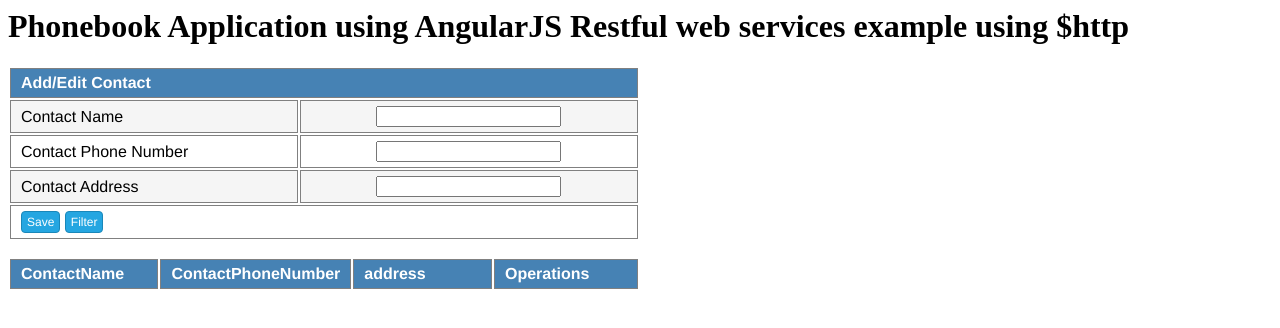
Repository: nagayyaguddadmath/JavaSimpleProjects
Page: simplephonebook/src/main/webapp/CRUDContacts.html
The author's editor kept a copy of each file at every save. The page is drawn from the files as they stood at one save, then again after the next save.
The browser window is 1280 px wide. The pictures show the whole page.
The page's requests for data from a server got no answer.

Above is the page before, as saved 2017-10-22 11:47:48.

### simplephonebook/src/main/webapp/CRUDContacts.html

<html ng-app="manage">
<head>


<title>Nagayya's PhoneBook Application</title>

<script src="angular.min.js"></script>
<script src="contact.js"></script>


<style>
.blue-button {
	background: #25A6E1;
	filter: progid: DXImageTransform.Microsoft.gradient( startColorstr='#25A6E1',
		endColorstr='#188BC0', GradientType=0);
	padding: 3px 5px;
	color: #fff;
	font-family: 'Helvetica Neue', sans-serif;
	font-size: 12px;
	border-radius: 2px;
	-moz-border-radius: 2px;
	-webkit-border-radius: 4px;
	border: 1px solid #1A87B9
}

.red-button {
	background: #CD5C5C;
	padding: 3px 5px;
	color: #fff;
	font-family: 'Helvetica Neue', sans-serif;
	font-size: 12px;
	border-radius: 2px;
	-moz-border-radius: 2px;
	-webkit-border-radius: 4px;
	border: 1px solid #CD5C5C
}

table {
	font-family: "Helvetica Neue", Helvetica, sans-serif;
	width: 50%;
}

caption {
	text-align: left;
	color: silver;
	font-weight: bold;
	text-transform: uppercase;
	padding: 5px;
}

th {
	background: SteelBlue;
	color: white;
}

tbody tr:nth-child(even) {
	background: WhiteSmoke;
}

tbody tr td:nth-child(2) {
	text-align: center;
}

tbody tr td:nth-child(3), tbody tr td:nth-child(4) {
	text-align: center;
	font-family: monospace;
}

tfoot {
	background: SeaGreen;
	color: white;
	text-align: right;
}

tfoot tr th:last-child {
	font-family: monospace;
}

td, th {
	border: 1px solid gray;
	width: 25%;
	text-align: left;
	padding: 5px 10px;
}
</style>
<head>
<body>
	<h1>Phonebook Application using AngularJS Restful web services example using $http</h1>
	<div ng-controller="ContactController">

		<form>
			<table>

				<tr>
					<th colspan="2">Add/Edit Contact</th>
				</tr>
				<tr>
					<td>Contact Name</td>
					<td><input type="text" ng-model="contactForm.name" /></td>
				</tr>
				<tr>
					<td>Contact Phone Number</td>
					<td><input type="text" ng-model="contactForm.phone_number" /></td>
				</tr>
				<tr>
					<td>Contact Address</td>
					<td><input type="text" ng-model="contactForm.address" /></td>
				</tr>
				<tr>
					<td colspan="2"><button ng-click="submitContact()"  class="blue-button" >Save</button>
					<button ng-click="submitFilter()" class="blue-button" >Filter</button></td>
				</tr>
			</table>
		</form>
		<table>
			<tr>

				<th>ContactName</th>
				<th>ContactPhoneNumber</th>
				<th>address</th>
				<th>Operations</th>

			</tr>

			<tr ng-repeat="contact in contacts">

				<td>{{ contact.name }}</td>
				<td>{{ contact.phone_number }}</td>
				<td>{{ contact.address }}</td>

				<td><a ng-click="editContact(contact)" class="blue-button">Edit</a>
					| <a ng-click="deleteContact(contact)" class="red-button">Delete</a></td>
			</tr>


		</table>
	</div>



</body>
</html>

### simplephonebook/src/main/webapp/contact.js


var app = angular.module("manage", []);

//Controller Part
app.controller("ContactController", function($scope, $http) {


	$scope.contacts = [];
	$scope.contactForm = {
			id : -1,
			name : "",
			phone_number : "",
			address : ""
	};


	_refreshcontactData();



	$scope.submitContact = function() {
		var method = "";
		var url = "";
		method = "POST";
		url = 'http://localhost:8080/addContact';

		$http({
			method : method,
			url : url,
			data : angular.toJson($scope.contactForm),
			headers : {
				'Content-Type' : 'application/json'
			}
		}).then( _success, _error );

		alert("Operation  completed successfully");
	};


	$scope.submitFilter = function() {
		var method = "";
		var url = "";

		method = "POST";
		url = 'http://localhost:8080/searchContacts';

		$http({
			method : method,
			url : url,
			data : angular.toJson($scope.contactForm),
			headers : {
				'Content-Type' : 'application/json'
			}
		}).then(function successCallback(response) {
			$scope.contacts = response.data;
		}, function errorCallback(response) {
			alert(JSON.stringify(response));
			console.log(response.statusText);
		});

	};


	//HTTP DELETE- delete contact by Id
	$scope.deleteContact = function(contact) {

		$scope.contactForm.name = contact.name;
		$scope.contactForm.phone_number = contact.phone_number;
		$scope.contactForm.address = contact.address;
		$scope.contactForm.id = contact.id;

		$http({
			method : 'POST',
			url : 'http://localhost:8080/removeContact',
			data : angular.toJson($scope.contactForm),
			headers : {
				'Content-Type' : 'application/json'
			}
		}).then(_success, _error);
	};

	// In case of edit, populate form fields and assign form.id with contact id
	$scope.editContact = function(contact) {

		$scope.contactForm.name = contact.name;
		$scope.contactForm.phone_number = contact.phone_number;
		$scope.contactForm.address = contact.address;
		$scope.contactForm.id = contact.id;

		$http({
			method : 'POST',
			url : 'http://localhost:8080/removeContact',
			data : angular.toJson($scope.contactForm),
			headers : {
				'Content-Type' : 'application/json'
			}
		}).then(_success, _error);
	};


	function _refreshcontactData() {
		$http({
			method : 'GET',
			url : 'http://localhost:8080/getAll'
		}).then(function successCallback(response) {
			$scope.contacts = response.data;
		}, function errorCallback(response) {
			alert(JSON.stringify(response));
			console.log(response.statusText);
		});
	}

	function _success(response) {
		_refreshcontactData();
		_clearFormData()
	}

	function _error(response) {
		alert(JSON.stringify(response));
		console.log(response.statusText);
	}

	//Clear the form
	function _clearFormData() {
		$scope.contactForm.id = -1;
		$scope.contactForm.name = "";
		$scope.contactForm.phone_number = "";
		$scope.contactForm.address = "";

	};

});

Loaded but not shown: simplephonebook/src/main/webapp/angular.min.js (library)

After the next save:
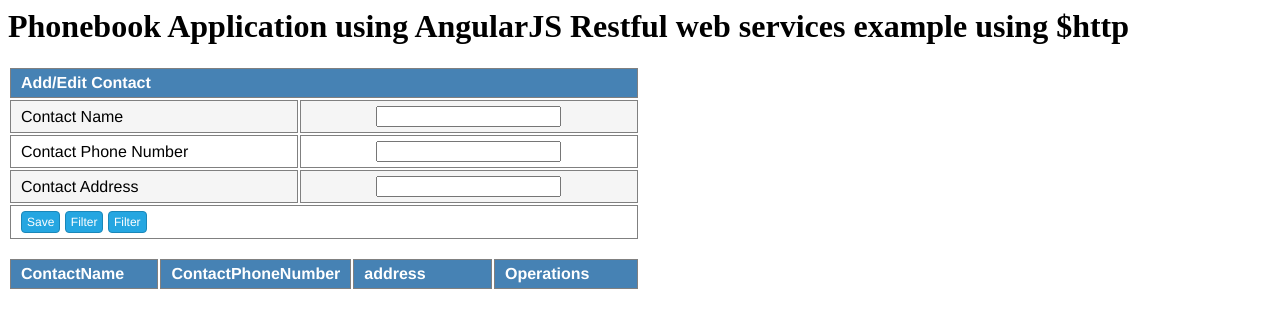
Saved 98 s later.
--- a/simplephonebook/src/main/webapp/CRUDContacts.html
+++ b/simplephonebook/src/main/webapp/CRUDContacts.html
@@ -108,8 +108,12 @@
 					<td><input type="text" ng-model="contactForm.address" /></td>
 				</tr>
 				<tr>
-					<td colspan="2"><button ng-click="submitContact()"  class="blue-button" >Save</button>
-					<button ng-click="submitFilter()" class="blue-button" >Filter</button></td>
+					<td colspan="2">
+					<button ng-click="submitContact()"  class="blue-button" >Save</button>
+					<button ng-click="submitFilter()" class="blue-button" >Filter</button>
+					<button ng-click="showAll()" class="blue-button" >Filter</button>
+
+					</td>
 				</tr>
 			</table>
 		</form>
